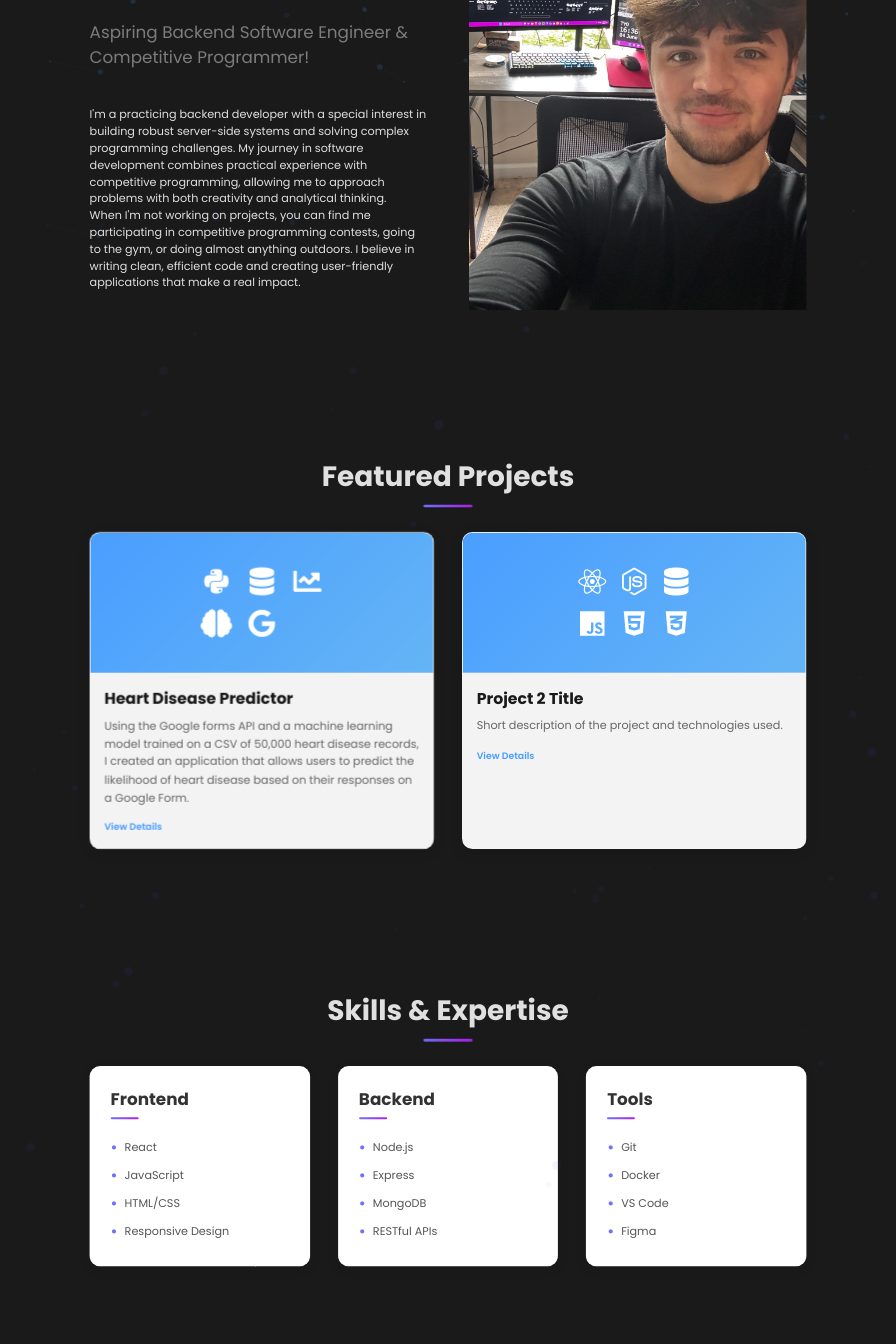
Repository: connorGS9/portfolio-website
Page: /
An editor plug-in stored every save of this project. The page is shown before and after the next save, followed by the edit.
The browser window is 1280 px wide. The pictures show the part of the page from y = 380 to 2300 px (the page is 3460 px tall), at 70% of full size.
The project was rebuilt for these pictures with package versions that can differ from the ones it lists, and the page was loaded fresh each time.

Above is the page before, as saved 2025-06-04 15:43:23.

After the next save:
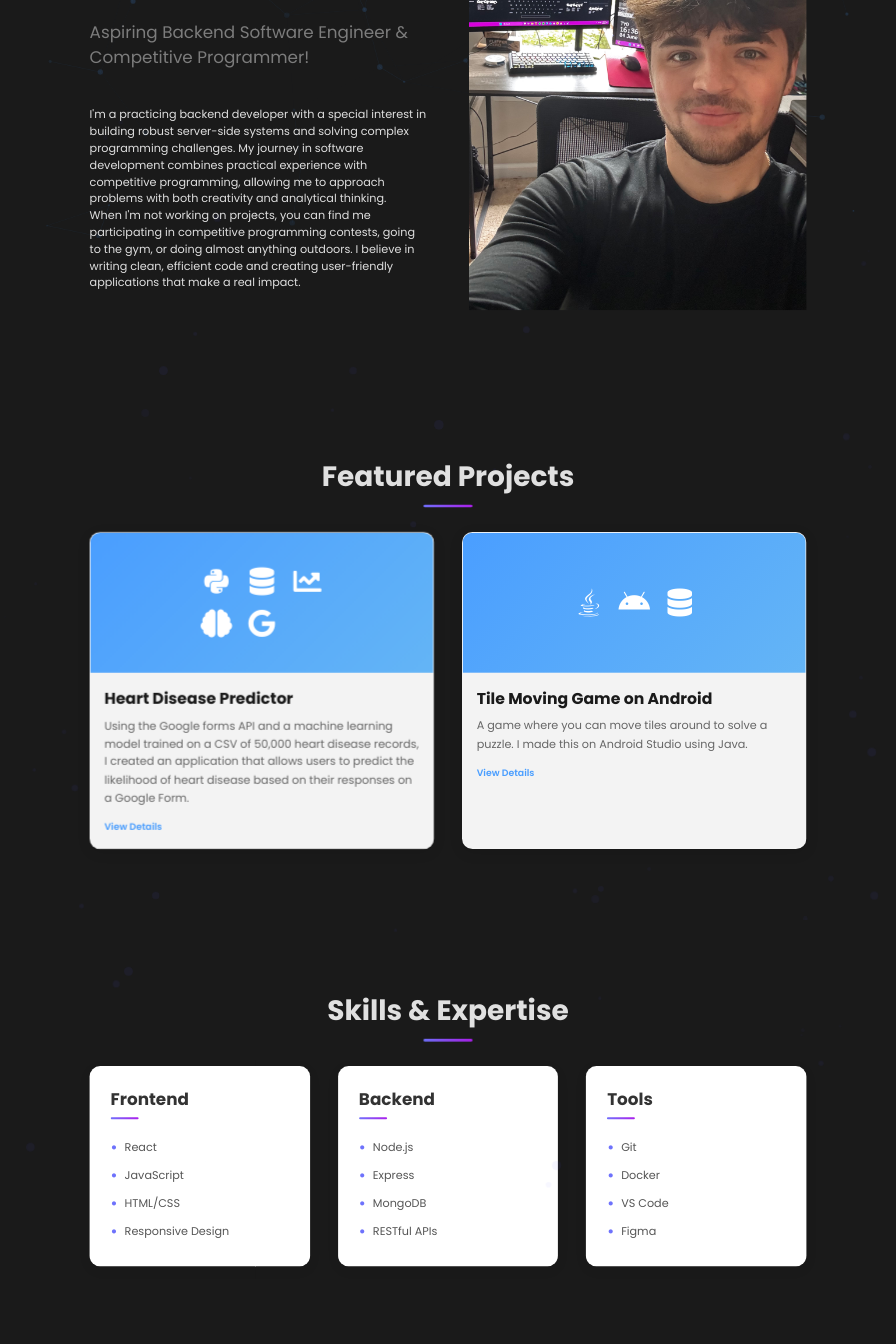
Saved 7 h 9 min later.
--- a/src/pages/Home.jsx
+++ b/src/pages/Home.jsx
@@ -134,16 +134,13 @@ const Home = () => {
           <div className="featured-item">
             <div className="featured-tech">
               <div className="tech-icons">
-                <i className="fab fa-react" title="React"></i>
-                <i className="fab fa-node-js" title="Node.js"></i>
+                <i className="fab fa-java" title="Java"></i>
+                <i className="fab fa-android" title="Android Studio"></i>
                 <i className="fas fa-database" title="MongoDB"></i>
-                <i className="fab fa-js" title="JavaScript"></i>
-                <i className="fab fa-html5" title="HTML5"></i>
-                <i className="fab fa-css3-alt" title="CSS3"></i>
               </div>
             </div>
-            <h3>Project 2 Title</h3>
-            <p>Short description of the project and technologies used.</p>
+            <h3>Tile Moving Game on Android</h3>
+            <p>A game where you can move tiles around to solve a puzzle. I made this on Android Studio using Java.</p>
             <button
               onClick={() => document.getElementById('contact').scrollIntoView({ behavior: 'smooth' })}
               className="featured-link"
